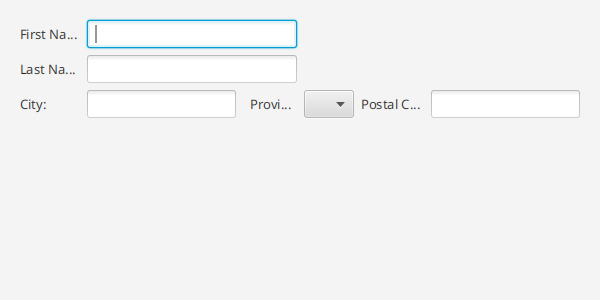
Repository: Mselenko/Java
Program's window: java w_5/JavaFx/src/garbage/CssExample.java
An editor plug-in stored every save of this project. The program's window is shown before and after the next save, followed by the edit.
It runs on Java 21 on a 1366 x 768 screen with JavaFX 11; the title bar is not drawn.

Above is the program's window before, as saved 2019-06-22 00:11:35.

### w_5/JavaFx/src/garbage/CssExample.java
package garbage;

import javafx.application.Application;
import javafx.geometry.HPos;
import javafx.geometry.Insets;
import javafx.scene.Scene;
import javafx.scene.control.ComboBox;
import javafx.scene.control.Label;
import javafx.scene.control.TextArea;
import javafx.scene.control.TextField;
import javafx.scene.image.Image;
import javafx.scene.image.ImageView;
import javafx.scene.layout.GridPane;
import javafx.scene.paint.Color;
import javafx.scene.paint.Paint;
import javafx.scene.paint.RadialGradientBuilder;
import javafx.scene.paint.Stop;
import javafx.stage.Stage;

/**
 * Created on: 23.06.2012
 * @author Sebastian Damm
 */
public class CssExample extends Application{
//{
//    private final Paint background = RadialGradientBuilder.create()
//            .stops(new Stop(0d, Color.TURQUOISE), new Stop(1, Color.web('3A5998')))
//            .centerX(0.5d).centerY(0.5d).build();
    private final String LABEL_STYLE = "-fx-text-fill: white; -fx-font-size: 14;"
            + "-fx-effect: dropshadow(one-pass-box, black, 5, 0, 1, 1);";

    @Override
    public void start(Stage primaryStage) throws Exception
    {
        Scene scene = new Scene(createGridPane(), 600, 300);
        primaryStage.setTitle("GridPaneExample 2 - User form");
        primaryStage.setScene(scene);
        primaryStage.show();
    }

    private GridPane createGridPane()
    {
        GridPane gridPane = new GridPane();
        gridPane.setPadding(new Insets(20, 20, 20, 20));
        gridPane.setHgap(7); gridPane.setVgap(7);

        Label lbFirstName = new Label("First Name: ");
        //lbFirstName.setStyle(LABEL_STYLE);
        GridPane.setHalignment(lbFirstName, HPos.LEFT);
        TextField tfFirstName = new TextField();
        tfFirstName.setPrefColumnCount(40);
        GridPane.setColumnSpan(tfFirstName, 3);

        Label lbLastName = new Label("Last Name:");
        //lbLastName.setStyle(LABEL_STYLE);
        GridPane.setHalignment(lbLastName, HPos.LEFT);
        TextField tfLastName = new TextField();
        tfLastName.setPrefColumnCount(40);
        GridPane.setColumnSpan(tfLastName, 3);

        Label lbCity = new Label("City:");
        //lbCity.setStyle(LABEL_STYLE);
        GridPane.setHalignment(lbCity, HPos.LEFT);
        TextField tfCity = new TextField();
        GridPane.setHalignment(tfCity, HPos.LEFT);

        Label lbProvince = new Label("Province: ");

        //lbStreetNr.setStyle(LABEL_STYLE);
        GridPane.setHalignment(lbProvince, HPos.LEFT);
        ComboBox<String>  tfProvince = new ComboBox();
        GridPane.setHalignment(tfProvince, HPos.LEFT);

        Label lbpCode = new Label("Postal Code:");
        //lbCity.setStyle(LABEL_STYLE);
        GridPane.setHalignment(lbpCode, HPos.LEFT);
        TextField tfpCode = new TextField();

//        tfStreet.setPrefColumnCount(5);
//        GridPane.setColumnSpan(tfStreet, 2);
//        TextField tfNumber = new TextField();
//        tfNumber.setPrefColumnCount(3);

//        Label lbNotes = new Label("Notes:");
//        lbNotes.setStyle(LABEL_STYLE);
//        GridPane.setHalignment(lbNotes, HPos.RIGHT);
//        TextArea taNotes = new TextArea();
//        taNotes.setPrefColumnCount(5);
//        taNotes.setPrefRowCount(5);
//        GridPane.setColumnSpan(taNotes, 3);
//        GridPane.setRowSpan(taNotes, 2);

//        ImageView imageView = new ImageView(new Image(getClass()
//                .getResourceAsStream('person.png'), 0, 65, true, true));
//        GridPane.setHalignment(imageView, HPos.LEFT);
//        GridPane.setColumnSpan(imageView, 2);
//        GridPane.setRowSpan(imageView, 3);

//        gridPane.setGridLinesVisible(true);

        gridPane.add(lbFirstName, 0, 0); gridPane.add(tfFirstName, 1, 0);
        gridPane.add(lbLastName, 0, 1); gridPane.add(tfLastName, 1, 1);

        //gridPane.add(imageView, 2, 0); gridPane.add(lbLastName, 0, 1);
       // gridPane.add(tfLastName, 1, 1); gridPane.add(lbCity, 0, 2);
        gridPane.add(lbCity, 0, 2); gridPane.add(tfCity, 1, 2);
        gridPane.add(lbProvince, 3, 2); gridPane.add(tfProvince, 4, 2);
        gridPane.add(lbpCode, 5, 2); gridPane.add(tfpCode, 6, 2);
       // gridPane.add(lbNotes, 0, 4); gridPane.add(taNotes, 1, 4);

        return gridPane;
    }

    public static void main(String[] args)
    {   Application.launch(args);   }
}

After the next save:
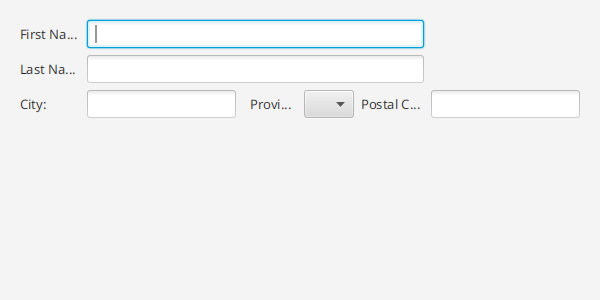
Saved 20 s later.
--- a/w_5/JavaFx/src/garbage/CssExample.java
+++ b/w_5/JavaFx/src/garbage/CssExample.java
@@ -49,14 +49,14 @@
         GridPane.setHalignment(lbFirstName, HPos.LEFT);
         TextField tfFirstName = new TextField();
         tfFirstName.setPrefColumnCount(40);
-        GridPane.setColumnSpan(tfFirstName, 3);
+        GridPane.setColumnSpan(tfFirstName, 5);
 
         Label lbLastName = new Label("Last Name:");
         //lbLastName.setStyle(LABEL_STYLE);
         GridPane.setHalignment(lbLastName, HPos.LEFT);
         TextField tfLastName = new TextField();
         tfLastName.setPrefColumnCount(40);
-        GridPane.setColumnSpan(tfLastName, 3);
+        GridPane.setColumnSpan(tfLastName, 5);
 
         Label lbCity = new Label("City:");
         //lbCity.setStyle(LABEL_STYLE);
